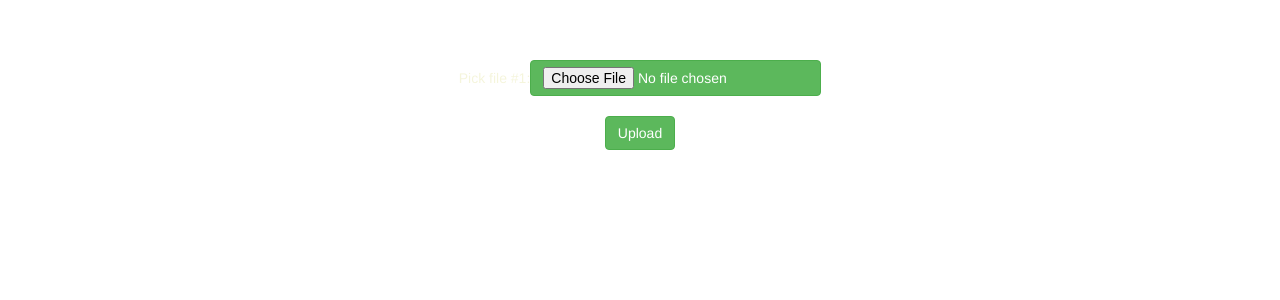
Repository: 123poornima/UpdatedSecondProject
Page: frontendPro/WebContent/_user/uploadPicture.html
The author's editor kept a copy of each file at every save. The page is drawn from the files as they stood at one save, then again after the next save.
The browser window is 1280 px wide. The pictures show the whole page.

Above is the page before, as saved 2017-01-17 04:57:20.

### frontendPro/WebContent/_user/uploadPicture.html
<!DOCTYPE html>
<html>
<head>
<meta charset="ISO-8859-1">
<title>Insert title here</title>
<link rel="stylesheet" href="http://maxcdn.bootstrapcdn.com/bootstrap/3.3.7/css/bootstrap.min.css">

<!-- jQuery library -->
<script src="https://ajax.googleapis.com/ajax/libs/jquery/1.12.4/jquery.min.js"></script>

<!-- Latest compiled JavaScript -->
<script src="http://maxcdn.bootstrapcdn.com/bootstrap/3.3.7/js/bootstrap.min.js"></script>
</head>
<body>
<div align="center">
        <form method="post" action="http://localhost:8085/backendPro/doUpload" enctype="multipart/form-data">
            <table border="0">
                <tr style="color:#F5F5DC">
                    <td style="color:#F5F5DC">Pick file #1:</td>
                    <td><input class="btn btn-success" type="file" name="fileUpload" /></td>
                    <br>
                </tr>
             <br>

                <tr>
                 <br>
                    <td colspan="2" align="center"><input style="margin-top:20px" class="btn btn-success" type="submit" value="Upload" /></td>
                </tr>


            </table>
        </form>
    </div>
</body>
</html>

After the next save:
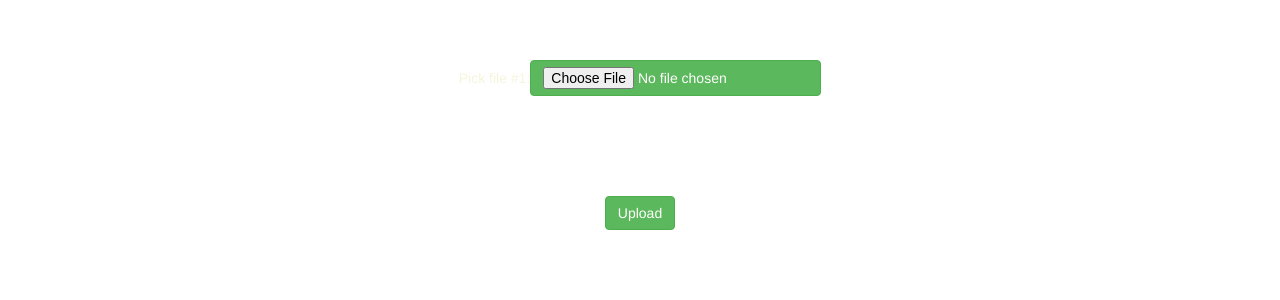
Saved 4 s later.
--- a/frontendPro/WebContent/_user/uploadPicture.html
+++ b/frontendPro/WebContent/_user/uploadPicture.html
@@ -24,7 +24,7 @@
 
                 <tr>
                  <br>
-                    <td colspan="2" align="center"><input style="margin-top:20px" class="btn btn-success" type="submit" value="Upload" /></td>
+                    <td colspan="2" align="center"><input style="margin-top:100px" class="btn btn-success" type="submit" value="Upload" /></td>
                 </tr>
 
 
